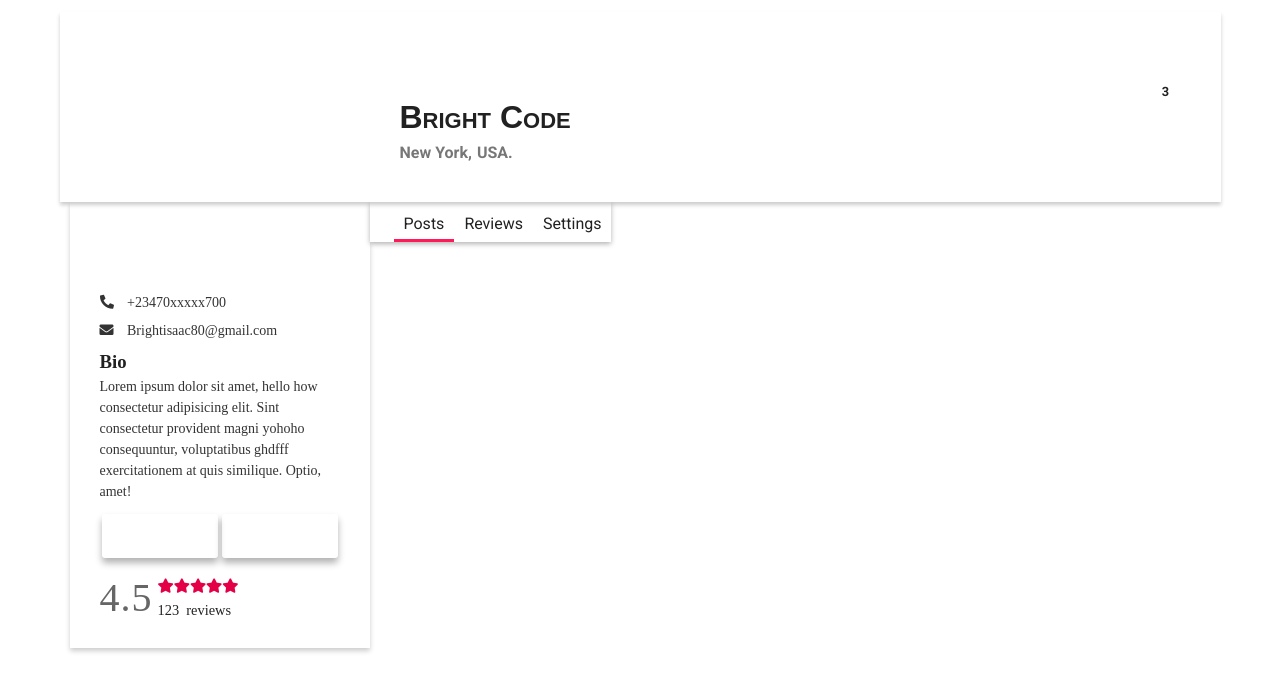
Repository: akinsikuoluwafemi/Pats_userAuth
Page: /userinfo
An editor plug-in stored every save of this project. The page is shown before and after the next save, followed by the edit.
The browser window is 1280 px wide. The pictures show the whole page.
The project was rebuilt for these pictures with package versions that can differ from the ones it lists, and the page was loaded fresh each time. Also part of the build but not shown: vue.config.js, src/views/Home.vue, src/components/Login.vue, src/components/Signup.vue.

Above is the page before, as saved 2020-11-05 01:36:30.

After the next save:
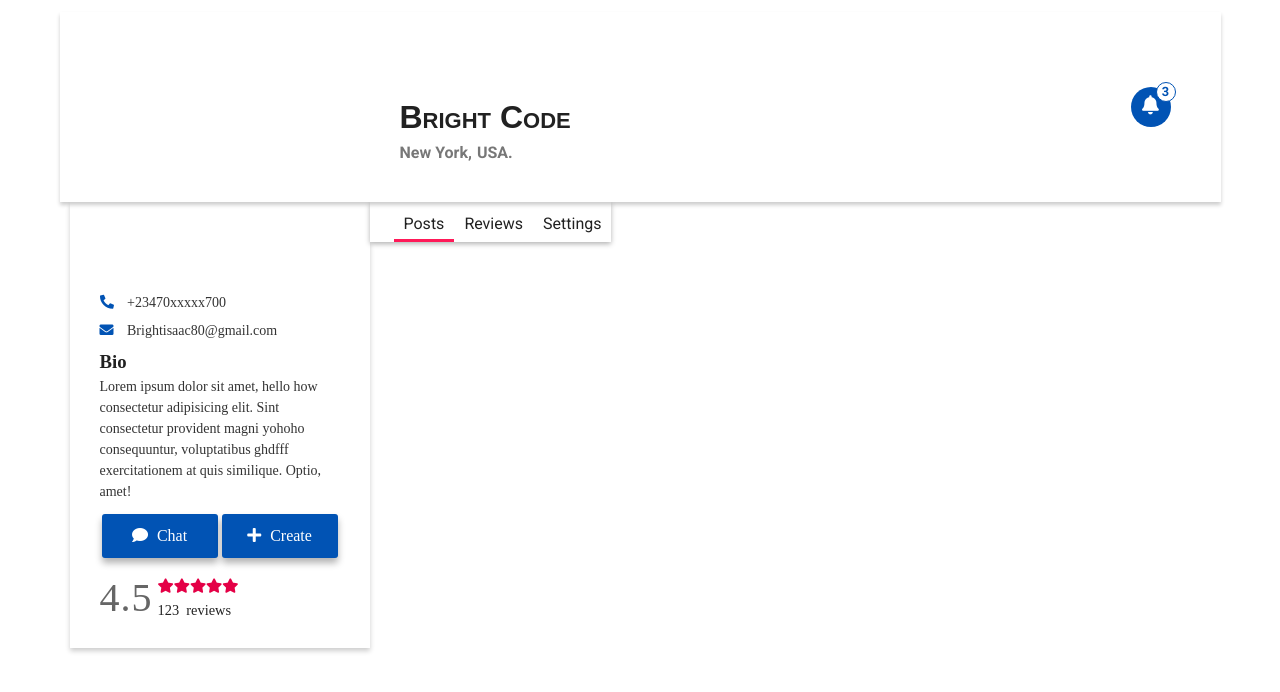
Saved 6 s later.
--- a/src/components/UserInfo.vue
+++ b/src/components/UserInfo.vue
@@ -107,23 +107,23 @@ font-weight: bold; color: #777; } .profile-nav-info .address p { margin-right:
 5px; } .profile-option { width: 40px; height: 40px; position: absolute; right:
 50px; top: 50%; transform: translateY(-50%); border-radius: 50%; display: flex;
 justify-content: center; align-items: center; cursor: pointer; transition: all
-0.5s ease-in-out; outline: none; background: ##0153B4; } .profile-option:hover {
-background: #fff; border: 1px solid ##0153B4; } .profile-option:hover
-.notification i { color: ##0153B4; } .profile-option:hover span { background:
-##0153B4; } .profile-option .notification i { color: #fff; font-size: 1.2rem;
+0.5s ease-in-out; outline: none; background: #0153B4; } .profile-option:hover {
+background: #fff; border: 1px solid #0153B4; } .profile-option:hover
+.notification i { color: #0153B4; } .profile-option:hover span { background:
+#0153B4; } .profile-option .notification i { color: #fff; font-size: 1.2rem;
 transition: all 0.5s ease-in-out; } .profile-option .notification .alert-message
-{ position: absolute; top: -5px; right: -5px; background: #fff; color: ##0153B4;
-border: 1px solid ##0153B4; padding: 5px; border-radius: 50%; height: 20px;
+{ position: absolute; top: -5px; right: -5px; background: #fff; color: #0153B4;
+border: 1px solid #0153B4; padding: 5px; border-radius: 50%; height: 20px;
 width: 20px; display: flex; justify-content: center; align-items: center;
 font-size: 0.8rem; font-weight: bold; } .main-bd { width: 100%; display: flex;
 padding-right: 15px; } .profile-side { width: 300px; background: #fff;
 box-shadow: 0px 3px 5px rgba(0, 0, 0, 0.2); padding: 90px 30px 20px;
 font-family: "Bree Serif", serif; margin-left: 10px; z-index: 99; }
 .profile-side p { margin-bottom: 7px; color: #333; font-size: 14px; }
-.profile-side p i { color: ##0153B4; margin-right: 10px; } .mobile-no i {
-transform: rotateY(180deg); color: ##0153B4; } .profile-btn { display: flex; }
+.profile-side p i { color: #0153B4; margin-right: 10px; } .mobile-no i {
+transform: rotateY(180deg); color: #0153B4; } .profile-btn { display: flex; }
 button.chatbtn, button.createbtn { border: 0; padding: 10px; width: 100%;
-border-radius: 3px; background: ##0153B4; color: #fff; font-family: "Bree Serif";
+border-radius: 3px; background: #0153B4; color: #fff; font-family: "Bree Serif";
 font-size: 1rem; margin: 5px 2px; cursor: pointer; outline: none; margin-bottom:
 10px; transition: background 0.3s ease-in-out; box-shadow: 0px 5px 7px 0px
 rgba(0, 0, 0, 0.3); } button.chatbtn:hover, button.createbtn:hover { background:
